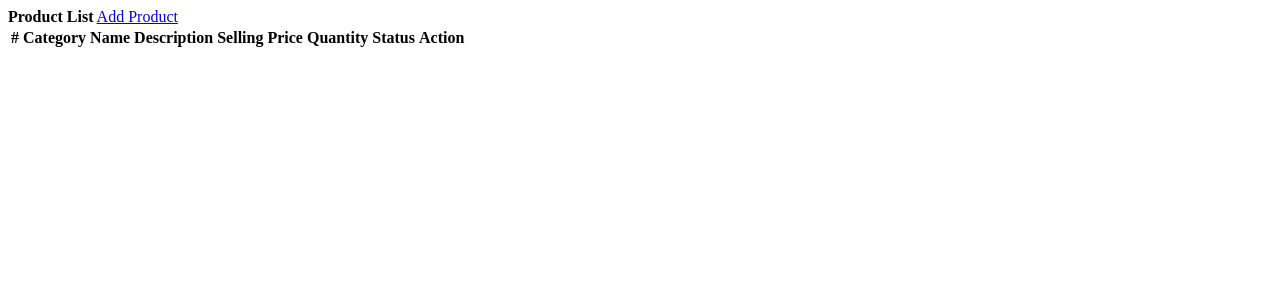
Repository: JyrossC/POS-PHP
Page: http://localhost/products.php
The author's editor kept a copy of each file at every save. The page is drawn from the files as they stood at one save, then again after the next save.
The browser window is 1280 px wide. The pictures show the whole page.
The page is run by PHP 8.4 with error messages shown; the project is at /var/www/html/. Queries for data that is not in the repository find no rows.

Above is the page before, as saved 2024-08-25 00:18:48.
Console error: ReferenceError: $ is not defined

### POS System/products.php
<?php include('db_connect.php');?>

<div class="container-fluid">

	<div class="col-lg-12">
		<div class="row">
			<!-- FORM Panel -->
			<!-- <div class="col-md-4">
			<form action="" id="manage-product">
				<div class="card">
					<div class="card-header">
						   Product Form
				  	</div>
					<div class="card-body">
							<input type="hidden" name="id">
							<div class="form-group">
								<label class="control-label">Category</label>
								<select name="category_id" id="category_id" class="custom-select select2" required>
									<option value=""></option>
									<?php
									$qry = $conn->query("SELECT * FROM categories order by name asc");
									while($row=$qry->fetch_assoc()):
										$cname[$row['id']] = ucwords($row['name']);
									?>
									<option value="<?php echo $row['id'] ?>"><?php echo $row['name'] ?></option>
								<?php endwhile; ?>
								</select>
							</div>
							<div class="form-group">
								<label class="control-label">Name</label>
								<input type="text" class="form-control" name="name" required>
							</div>
							<div class="form-group">
								<label class="control-label">Description</label>
								<textarea name="description" id="description" cols="30" rows="4" class="form-control" required></textarea>
							</div>
							<div class="form-group">
								<label class="control-label">Price</label>
								<input type="number" class="form-control text-right" name="price" required>
							</div>
							<div class="form-group">
								<div class="custom-control custom-switch">
								  <input type="checkbox" class="custom-control-input" id="status" name="status" checked value="1" required>
								  <label class="custom-control-label" for="status">Available</label>
								</div>
							</div>
					</div>

					<div class="card-footer">
						<div class="row">
							<div class="col-md-12 text-center">
								<button class="btn btn-primary"> Save</button>
								<button class="btn btn-default" type="button" onclick="$('#manage-product').get(0).reset()"> Cancel</button>
							</div>
						</div>
					</div>
				</div>
			</form>
			</div> -->
			<!-- FORM Panel -->

			<!-- Table Panel -->
			<div class="col-md-12">
				<div class="card">
					<div class="card-header">
						<b>Product List</b>
						<span class="float:right"><a class="btn btn-primary btn-block btn-sm col-sm-2 float-right" href="index.php?page=add-product" id="new_order">
						<i class="fa fa-plus"></i> Add Product </a></span>
					</div>
					<div class="card-body">
						<table class="table table-hover">
							<thead>
								<tr>
									<th>#</th>
									<th>Category</th>
									<th>Name</th>
									<th>Description</th>
									<th>Selling Price</th>
									<th>Quantity</th>
									<th>Status</th>

									<th>Action</th>
								</tr>
							</thead>
							<tbody>
								<?php
								$i = 1;
								$product = $conn->query("SELECT * FROM products order by id asc");
								while($row=$product->fetch_assoc()):
								?>
								<tr>
									<td class="text-center"><?php echo $i++ ?></td>
									<td class="">
										<?php echo $cname[$row['category_id']] ?>
									</td>
									<td class="">
									<?php echo $row['name'] ?></td>
									<td class="">
									<?php echo $row['description'] ?>
									<td class="">
									<?php echo number_format($row['price'],2) ?></td>
									</td>
									<td class="">
									<?php echo number_format($row['quantity'],2) ?></td>
									</td>
									<td class="">

										 <?php echo $row['status'] == 1 ? " Available" : "Unavailable" ?>
									</td>
									<td class="text-center">

										<!-- <a class="btn btn-primary btn-sm edit_product" href="index.php?page=edit-product#<?php echo $row['id'] ?>" type="button" data-id="" data-description="<?php echo $row['description'] ?>" data-name="<?php echo $row['name'] ?>"  data-price="<?php echo $row['price'] ?>"  data-status="<?php echo $row['status'] ?>" data-category_id="<?php echo $row['category_id'] ?>"><i class="fa fa-edit"></i></a> -->

										<button class="btn btn-danger btn-sm delete_product" type="button" data-id="<?php echo $row['id'] ?>"><i class="fa fa-trash-alt"></i></button>
									</td>
								</tr>
								<?php endwhile; ?>
							</tbody>
						</table>
					</div>
				</div>
			</div>
			<!-- Table Panel -->
		</div>
	</div>

</div>
<style>

	td{
		vertical-align: middle !important;
	}
	td p {
		margin:unset;
	}
	.custom-switch{
		cursor: pointer;
	}
	.custom-switch *{
		cursor: pointer;
	}
</style>
<script>
	$('#manage-product').on('reset',function(){
		$('input:hidden').val('')
		$('.select2').val('').trigger('change')
	})

	$('#manage-product').submit(function(e){
		e.preventDefault()
		start_load()
		$.ajax({
			url:'ajax.php?action=save_product',
			data: new FormData($(this)[0]),
		    cache: false,
		    contentType: false,
		    processData: false,
		    method: 'POST',
		    type: 'POST',
			success:function(resp){
				if(resp==1){
					alert_toast("Data successfully added",'success')
					setTimeout(function(){
						location.reload()
					},1500)

				}
				else if(resp==2){
					alert_toast("Data successfully updated",'success')
					setTimeout(function(){
						location.reload()
					},1500)

				}
			}
		})
	})
	$('.edit_product').click(function(){
		start_load()
		var cat = $('#manage-product')
		cat.get(0).reset()
		cat.find("[name='id']").val($(this).attr('data-id'))
		cat.find("[name='name']").val($(this).attr('data-name'))
		cat.find("[name='description']").val($(this).attr('data-description'))
		cat.find("[name='price']").val($(this).attr('data-price'))
		cat.find("[name='quantity']").val($(this).attr('data-quantity'))
		cat.find("[name='category_id']").val($(this).attr('data-category_id')).trigger('change')
		if($(this).attr('data-status') == 1)
			$('#status').prop('checked',true)
		else
			$('#status').prop('checked',false)
		end_load()
	})
	$('.delete_product').click(function(){
		_conf("Are you sure to delete this product?","delete_product",[$(this).attr('data-id')])
	})
	function delete_product($id){
		start_load()
		$.ajax({
			url:'ajax.php?action=delete_product',
			method:'POST',
			data:{id:$id},
			success:function(resp){
				if(resp==1){
					alert_toast("Data successfully deleted",'success')
					setTimeout(function(){
						location.reload()
					},1500)

				}
			}
		})
	}
	$('table').dataTable()
</script>

### POS System/db_connect.php
<?php

$conn= new mysqli('localhost','root','','shop_pos')or die("Could not connect to mysql".mysqli_error($con));

?>

After the next save:
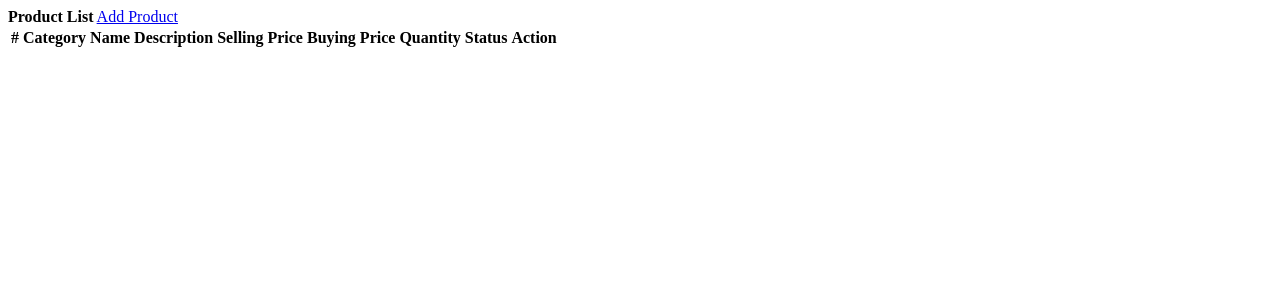
Saved 64 s later.
--- a/POS System/products.php
+++ b/POS System/products.php
@@ -76,6 +76,7 @@
 									<th>Name</th>
 									<th>Description</th>
 									<th>Selling Price</th>
+									<th>Buying Price</th>
 									<th>Quantity</th>
 									<th>Status</th>
 
